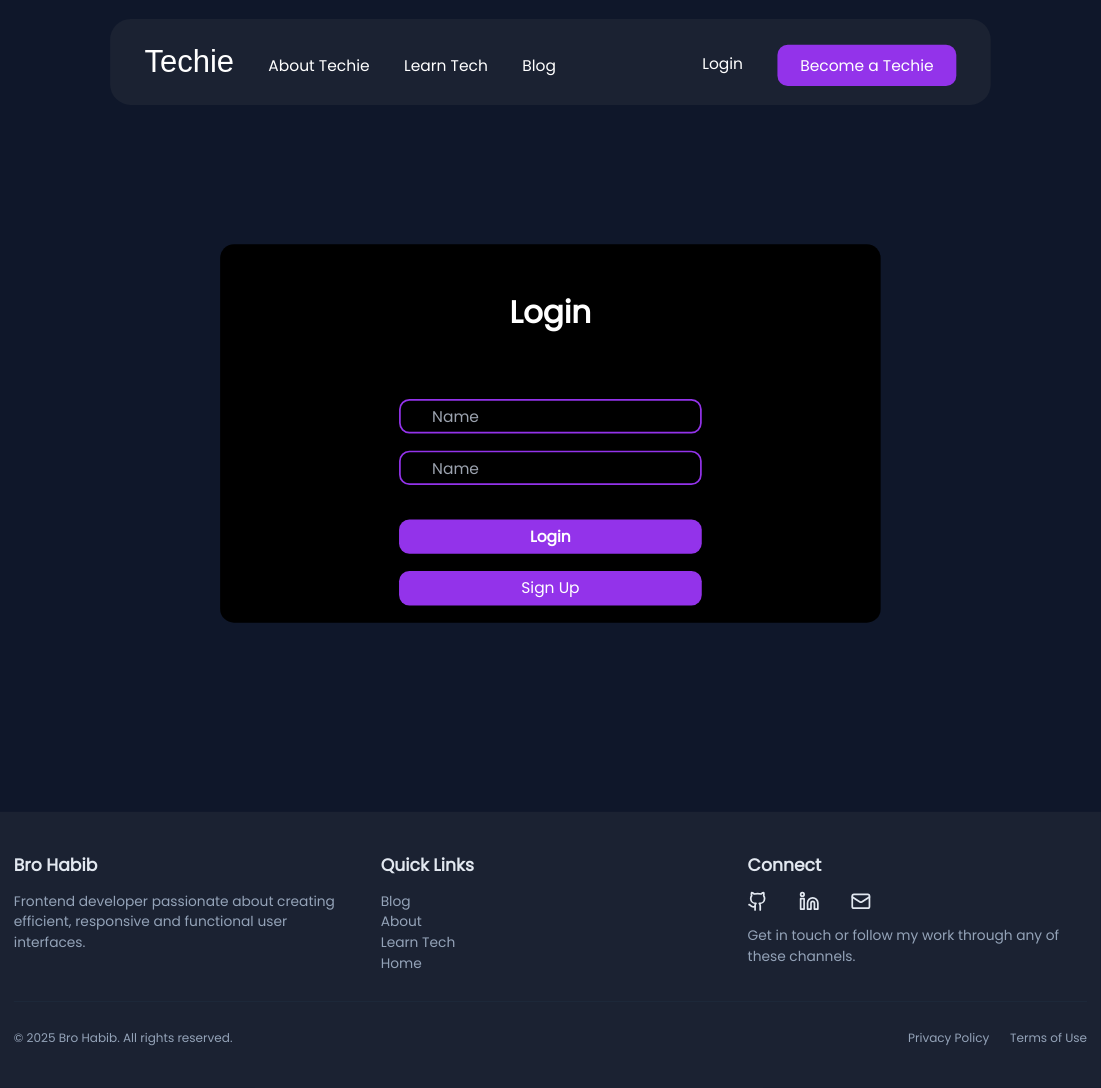
Repository: asadullah48/data-fetch
Page: /login
An editor plug-in stored every save of this project. The page is shown before and after the next save, followed by the edit.
The browser window is 1280 px wide. The pictures show the whole page, at 86% of full size.
Some web fonts or font styles are not loaded; a fallback is used. The project was rebuilt for these pictures with package versions that can differ from the ones it lists, and the page was loaded fresh each time. The framework's server and built-in components were replaced by stand-ins that run in the browser. Also part of the build but not shown: next.config.mjs.

Above is the page before, as saved 2025-01-15 12:53:15.

### src/app/layout.tsx
import type { Metadata } from "next";
import localFont from "next/font/local";
import "./globals.css";
import Navbar from "@/components/Navbar";
import { Poppins } from "next/font/google"
import Footer from "@/components/Footer";


const poppins = Poppins({
  subsets: ['latin'],
  weight: '400'
})

const geistSans = localFont({
  src: "./fonts/GeistVF.woff",
  variable: "--font-geist-sans",
  weight: "100 900",
});
const geistMono = localFont({
  src: "./fonts/GeistMonoVF.woff",
  variable: "--font-geist-mono",
  weight: "100 900",
});

export const metadata: Metadata = {
  title: "Data Fetching",
  description: "Data Fetching in a CSR and SSR",
};

export default function RootLayout({
  children,
}: Readonly<{
  children: React.ReactNode;
}>) {
  return (
    <html lang="en">
      <body
        className={`${geistSans.variable} ${geistMono.variable} ${poppins.className} bg-[#0f172a] text-white antialiased overflow-x-hidden`}
      >
        <Navbar />
        {children}
        <Footer/>
      </body>
    </html>
  );
}

### src/app/login/page.tsx
import Link from "next/link";

export default function LoginPage() {
    return (
        <div className="w-screen h-screen flex items-center justify-center  text-white ">
            <div className="flex flex-col justify-center items-center w-[300px]
            min-[600px]:w-[60%]  bg-black p-5 rounded-2xl">

                <h1 className="text-4xl text-white font-extrabold mt-10 mb-20">Login</h1>
                <form className="w-full flex flex-col justify-center items-center">
                    {/* inputs */}
                    <div className="w-full flex flex-col justify-center items-center gap-5">
                        <input id="name" type="text" name="name" placeholder="Name" className="outline-none bg-transparent w-[85%] md:w-[352px] h-[40px] border-[2px] border-PrimaryPurple rounded-xl text-white text-lg pl-[5%]" />

                        <input id="name" type="text" name="name" placeholder="Name" className="outline-none bg-transparent w-[85%] md:w-[352px] h-[40px] border-[2px] border-PrimaryPurple rounded-xl text-white text-lg pl-[5%]" />
                    </div>

                    {/* buttons */}
                    <div className="w-full flex flex-col justify-center items-center gap-5 mt-10">
                        <button type="submit" className="w-[90%] md:w-[352px] h-[40px] bg-PrimaryPurple text-white  md:text-lg font-bold rounded-xl">
                            Login
                        </button>

                        <Link href={"/signup"} className="w-[90%] md:w-[352px] ">
                            <button className="w-full  h-[40px] bg-PrimaryPurple text-white text-sm md:text-lg  rounded-xl">
                                Sign Up
                            </button>
                        </Link>
                    </div>
                </form>
            </div>
        </div>
    )
}

### src/app/globals.css
@tailwind base;
@tailwind components;
@tailwind utilities;

body {
  font-family: Arial, Helvetica, sans-serif;
}

@layer utilities {
  .text-balance {
    text-wrap: balance;
  }
}

@layer base {
  :root {
    --background: 0 0% 100%;
    --foreground: 20 14.3% 4.1%;
    --card: 0 0% 100%;
    --card-foreground: 20 14.3% 4.1%;
    --popover: 0 0% 100%;
    --popover-foreground: 20 14.3% 4.1%;
    --primary: 24 9.8% 10%;
    --primary-foreground: 60 9.1% 97.8%;
    --secondary: 60 4.8% 95.9%;
    --secondary-foreground: 24 9.8% 10%;
    --muted: 60 4.8% 95.9%;
    --muted-foreground: 25 5.3% 44.7%;
    --accent: 60 4.8% 95.9%;
    --accent-foreground: 24 9.8% 10%;
    --destructive: 0 84.2% 60.2%;
    --destructive-foreground: 60 9.1% 97.8%;
    --border: 20 5.9% 90%;
    --input: 20 5.9% 90%;
    --ring: 20 14.3% 4.1%;
    --chart-1: 12 76% 61%;
    --chart-2: 173 58% 39%;
    --chart-3: 197 37% 24%;
    --chart-4: 43 74% 66%;
    --chart-5: 27 87% 67%;
    --radius: 0.5rem;
  }
  .dark {
    --background: 20 14.3% 4.1%;
    --foreground: 60 9.1% 97.8%;
    --card: 20 14.3% 4.1%;
    --card-foreground: 60 9.1% 97.8%;
    --popover: 20 14.3% 4.1%;
    --popover-foreground: 60 9.1% 97.8%;
    --primary: 60 9.1% 97.8%;
    --primary-foreground: 24 9.8% 10%;
    --secondary: 12 6.5% 15.1%;
    --secondary-foreground: 60 9.1% 97.8%;
    --muted: 12 6.5% 15.1%;
    --muted-foreground: 24 5.4% 63.9%;
    --accent: 12 6.5% 15.1%;
    --accent-foreground: 60 9.1% 97.8%;
    --destructive: 0 62.8% 30.6%;
    --destructive-foreground: 60 9.1% 97.8%;
    --border: 12 6.5% 15.1%;
    --input: 12 6.5% 15.1%;
    --ring: 24 5.7% 82.9%;
    --chart-1: 220 70% 50%;
    --chart-2: 160 60% 45%;
    --chart-3: 30 80% 55%;
    --chart-4: 280 65% 60%;
    --chart-5: 340 75% 55%;
  }
}

@layer base {
  * {
    @apply border-border;
  }
  body {
    @apply bg-background text-foreground;
  }
}

### src/components/Navbar.tsx
"use client"
import { useState } from 'react';
import { Agbalumo } from "next/font/google"
import Link from "next/link"

const agbalumo = Agbalumo({
    subsets: ['latin'],
    weight: '400'
})


export default function Navbar() {
    const [isMenuOpen, setIsMenuOpen] = useState(false);

    const toggleMenu = () => setIsMenuOpen(!isMenuOpen);

    return (
        <div className="h-[144px] w-screen flex justify-center items-center">
            <div className="h-[100px] w-full relative md:w-[80%] md:rounded-3xl bg-[#1b2232] text-white flex justify-between items-center px-10">
                {/* Logo and Links */}
                <div className="flex justify-center items-center gap-10">
                <Link href={"/"}>
                    <h1 className={`${agbalumo.className} text-4xl`}>Techie</h1>
                </Link>

                    <div className="hidden lg:flex gap-10">
                        <Link href={"/about"} className="text-lg mt-2">About Techie</Link>
                        <Link href={"/learnTech"} className="text-lg mt-2">Learn Tech</Link>
                        <Link href={"/blog"} className="text-lg mt-2">Blog</Link>
                    </div>
                </div>

                {/* Navbar Buttons */}
                <div className="hidden md:flex gap-10">
                    <Link href={"/login"} className="text-lg mt-4">Login</Link>
                    <Link href={"/signup"} className="text-lg mt-2 h-12 bg-PrimaryPurple flex justify-center items-center w-52 rounded-xl">Become a Techie</Link>
                </div>

                {/* Hamburger Menu for Mobile */}
                <div className="lg:hidden flex items-center gap-4">
                    {/* <h1 className="font-bold text-4xl">Techie</h1> */}
                    <button onClick={toggleMenu} className="text-white text-2xl">
                        {/* Hamburger Icon */}
                        {isMenuOpen ? 'X' : '☰'}
                    </button>
                </div>
            </div>

            {/* Dropdown Menu for Mobile */}
            {isMenuOpen && (
                <div className='z-50 h-screen fixed top-1/4 w-full flex justify-center items-center bg-[#1b2232]/70 backdrop-blur-md '>
                <div className=" lg:hidden  text-white  text-center py-4 flex flex-col justify-center items-start gap-5">
                    <Link href={"/about"} onClick={()=> setIsMenuOpen(false)} className="block text-lg mt-2">About Techie</Link>
                    <Link href={"/learnTech"} onClick={()=> setIsMenuOpen(false)} className="block text-lg mt-2">Learn Tech</Link>
                    <Link href={"/blog"} onClick={()=> setIsMenuOpen(false)} className="block text-lg mt-2">Blog</Link>
                    <Link href={"/login"} onClick={()=> setIsMenuOpen(false)} className="block text-lg mt-2">Login</Link>
                    <Link href={"/signup"} onClick={()=> setIsMenuOpen(false)} className=" text-lg mt-2 h-12 bg-PrimaryPurple flex justify-start pl-2 items-center w-52 rounded-xl">Become a Techie</Link>
                </div>
                </div>
            )}
        </div>
    )
}

### src/components/Footer.tsx
import React from 'react'
import { Github,  Linkedin, Mail } from 'lucide-react';
import Link from 'next/link';
export default function Footer() {
  const currentYear = new Date().getFullYear();

  return (
    <div className="bg-[#1b2232] mt-20 text-slate-200 py-12 ">
      <div className="container mx-auto px-4">
        {/* Main Footer Content */}
        <div className="grid grid-cols-1 md:grid-cols-3 gap-8 mb-8">
          {/* About Section */}
          <div>
            <h3 className="text-xl font-semibold mb-4">Bro Habib</h3>
            <p className="text-slate-400 mb-4">
              Frontend developer passionate about creating efficient, responsive and functional user interfaces.
            </p>
          </div>

          {/* Quick Links */}
          <div>
            <h3 className="text-xl font-semibold mb-4">Quick Links</h3>
            <ul className="space-y-2 text-slate-400">
              <Link href="/blog" className="hover:text-slate-200 transition-colors"><li>Blog</li>
              </Link>
              <Link href="/about" className="hover:text-slate-200 transition-colors"><li>About</li>
              </Link>
              <Link href="/learnTech" className="hover:text-slate-200 transition-colors"><li>Learn Tech</li>
              </Link>
              <Link href="/" className="hover:text-slate-200 transition-colors"><li>Home</li>
              </Link>
            </ul>
          </div>

          {/* Connect Section */}
          <div>
            <h3 className="text-xl font-semibold mb-4">Connect</h3>
            <div className="flex space-x-4 mb-4 gap-5">
              <Link href="https://github.com/Habib-bhai" className="hover:text-slate-200 transition-colors">
                <Github size={24} />
              </Link>

              <Link href="https://www.linkedin.com/in/habib007ab92282/" className="hover:text-slate-200 transition-colors">
                <Linkedin size={24} />
              </Link>

              <Link href="mailto:habibahmed918131@gmail.com" className="hover:text-slate-200 transition-colors">
                <Mail size={24} />
              </Link>

            </div>
            <p className="text-slate-400">
              Get in touch or follow my work through any of these channels.
            </p>
          </div>
        </div>

        {/* Bottom Bar */}
        <div className="pt-8 border-t border-slate-800">
          <div className="flex flex-col md:flex-row justify-between items-center space-y-4 md:space-y-0">
            <p className="text-slate-400 text-sm">
              © {currentYear} Bro Habib. All rights reserved.
            </p>
            <div className="flex space-x-6 text-sm text-slate-400">
              <a href="/privacy" className="hover:text-slate-200 transition-colors">Privacy Policy</a>
              <a href="/terms" className="hover:text-slate-200 transition-colors">Terms of Use</a>
            </div>
          </div>
        </div>
      </div>
    </div>
  )
}

### tailwind.config.ts
import type { Config } from "tailwindcss";

const config: Config = {
	darkMode: ["class"],
	content: [
		"./src/pages/**/*.{js,ts,jsx,tsx,mdx}",
		"./src/components/**/*.{js,ts,jsx,tsx,mdx}",
		"./src/app/**/*.{js,ts,jsx,tsx,mdx}",
	],
	theme: {
		extend: {

			animation: {
				'spin-slow': 'spin 3s linear infinite',
				orbit: 'orbit 1.5s linear infinite',
				// dash: 'dash 2s ease-in-out infinite',
				float: 'float 6s ease-in-out infinite',
				wave: 'wave 8s linear infinite',
				bounce: 'bounce 2s infinite',
			},
			keyframes: {
				orbit: {
					'0%': { transform: 'rotate(0deg) translateX(30px) rotate(0deg)' },
					'100%': { transform: 'rotate(360deg) translateX(30px) rotate(-360deg)' },
				},
				dash: {
					'0%': { strokeDashoffset: '880px' },
					'100%': { strokeDashoffset: '0px' },
				},
				float: {
					'0%, 100%': { transform: 'translateY(-10px)' },
					'50%': { transform: 'translateY(10px)' },
				  },
				  wave: {
					'0%': { transform: 'translateX(100%)' },
					'100%': { transform: 'translateX(-100%)' },
				  },
			},
			colors: {
				background: 'hsl(var(--background))',
				PrimaryPurple: '#9333EA',
				foreground: 'hsl(var(--foreground))',
				card: {
					DEFAULT: 'hsl(var(--card))',
					foreground: 'hsl(var(--card-foreground))'
				},
				popover: {
					DEFAULT: 'hsl(var(--popover))',
					foreground: 'hsl(var(--popover-foreground))'
				},
				primary: {
					DEFAULT: 'hsl(var(--primary))',
					foreground: 'hsl(var(--primary-foreground))'
				},
				secondary: {
					DEFAULT: 'hsl(var(--secondary))',
					foreground: 'hsl(var(--secondary-foreground))'
				},
				muted: {
					DEFAULT: 'hsl(var(--muted))',
					foreground: 'hsl(var(--muted-foreground))'
				},
				accent: {
					DEFAULT: 'hsl(var(--accent))',
					foreground: 'hsl(var(--accent-foreground))'
				},
				destructive: {
					DEFAULT: 'hsl(var(--destructive))',
					foreground: 'hsl(var(--destructive-foreground))'
				},
				border: 'hsl(var(--border))',
				input: 'hsl(var(--input))',
				ring: 'hsl(var(--ring))',
				chart: {
					'1': 'hsl(var(--chart-1))',
					'2': 'hsl(var(--chart-2))',
					'3': 'hsl(var(--chart-3))',
					'4': 'hsl(var(--chart-4))',
					'5': 'hsl(var(--chart-5))'
				}
			},
			borderRadius: {
				lg: 'var(--radius)',
				md: 'calc(var(--radius) - 2px)',
				sm: 'calc(var(--radius) - 4px)'
			}
		}
	},
	plugins: [require("tailwindcss-animate")],
};
export default config;

After the next save:
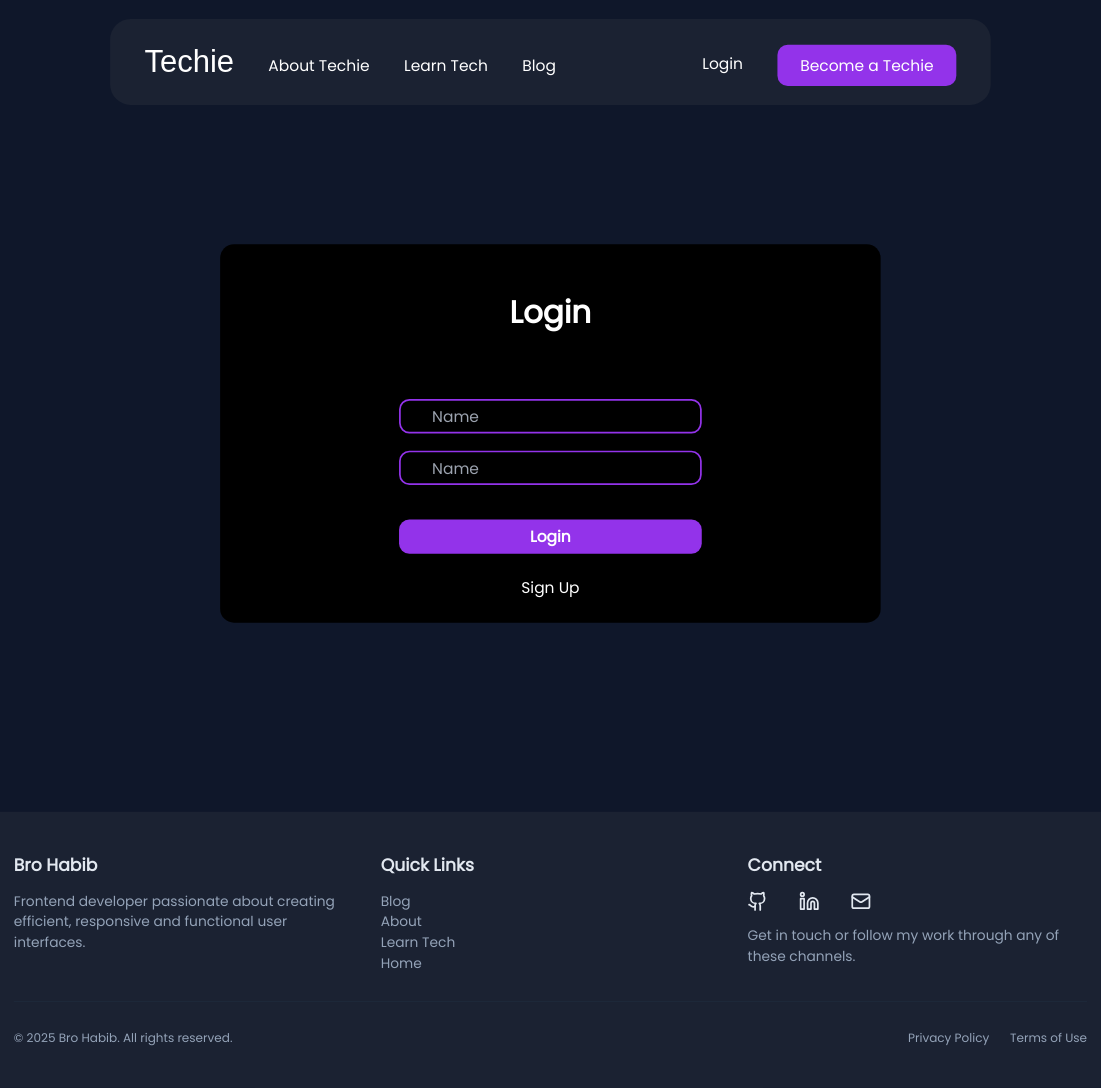
Saved 77 s later.
--- a/src/app/login/page.tsx
+++ b/src/app/login/page.tsx
@@ -22,7 +22,7 @@ export default function LoginPage() {
                         </button>
 
                         <Link href={"/signup"} className="w-[90%] md:w-[352px] ">
-                            <button className="w-full  h-[40px] bg-PrimaryPurple text-white text-sm md:text-lg  rounded-xl">
+                            <button className="w-full  h-[40px] bg-Primary text-white text-sm md:text-lg  rounded-xl">
                                 Sign Up
                             </button>
                         </Link>
